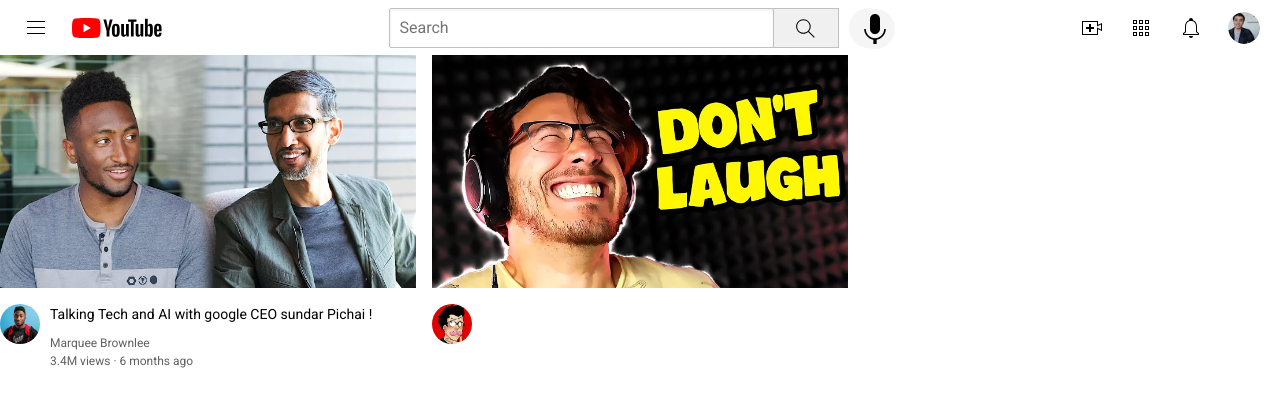
Repository: knowledgeAlan/html-css-thirteen
Page: youtube.html
These files come from the project's save history. The page is drawn as it stood at one moment and after the next save; the edit follows.
The browser window is 1280 px wide. The pictures show the whole page.

Above is the page before, as saved 2024-03-19 17:26:15.

After the next save:
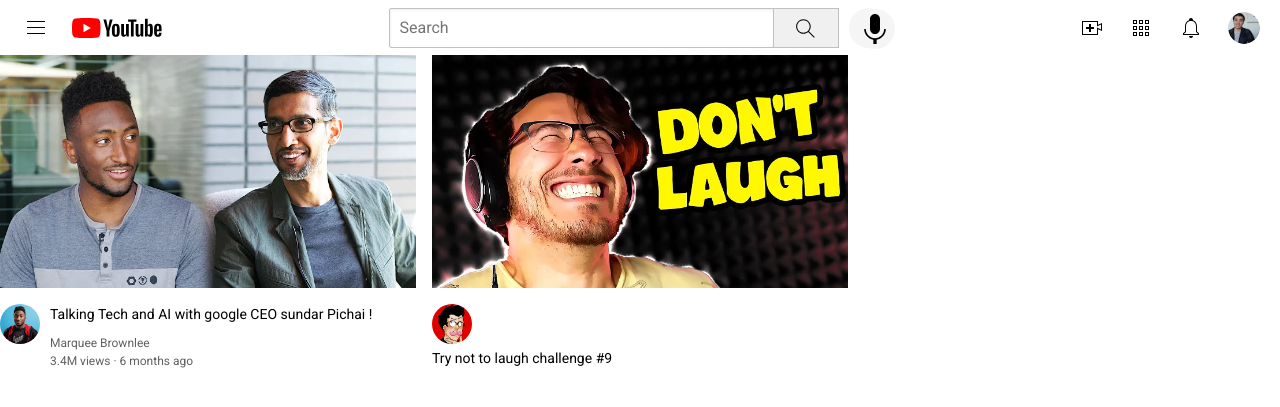
Saved 61 s later.
--- a/youtube.html
+++ b/youtube.html
@@ -90,6 +90,13 @@
                         <div class="channel-picture">
                             <img class="profile-picture" src="channel-pictures/channel-2.jpeg">
                         </div>
+
+                        <div class="video-info">
+                            <p class="video-title">
+                                Try not to laugh challenge #9
+                            </p>
+
+                        </div>
                     </div>
             </div>
 
